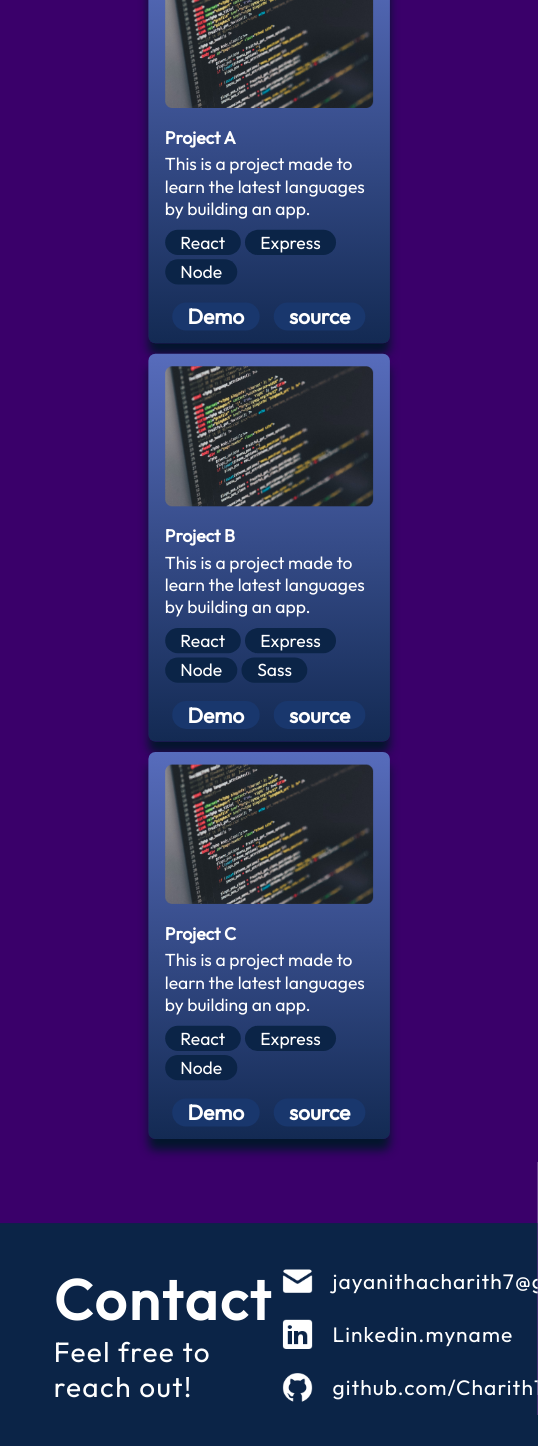
Repository: Charith117/personl-portfolio
Page: /
An editor plug-in stored every save of this project. The page is shown before and after the next save, followed by the edit.
The browser window is 768 px wide. The pictures show the part of the page from y = 3785 to 6025 px (the page is 5851 px tall before and 6025 px after), at 70% of full size.
The project was rebuilt for these pictures with package versions that can differ from the ones it lists, and the page was loaded fresh each time. Also part of the build but not shown: vite.config.js.

Above is the page before, as saved 2024-06-18 11:49:33.

After the next save:
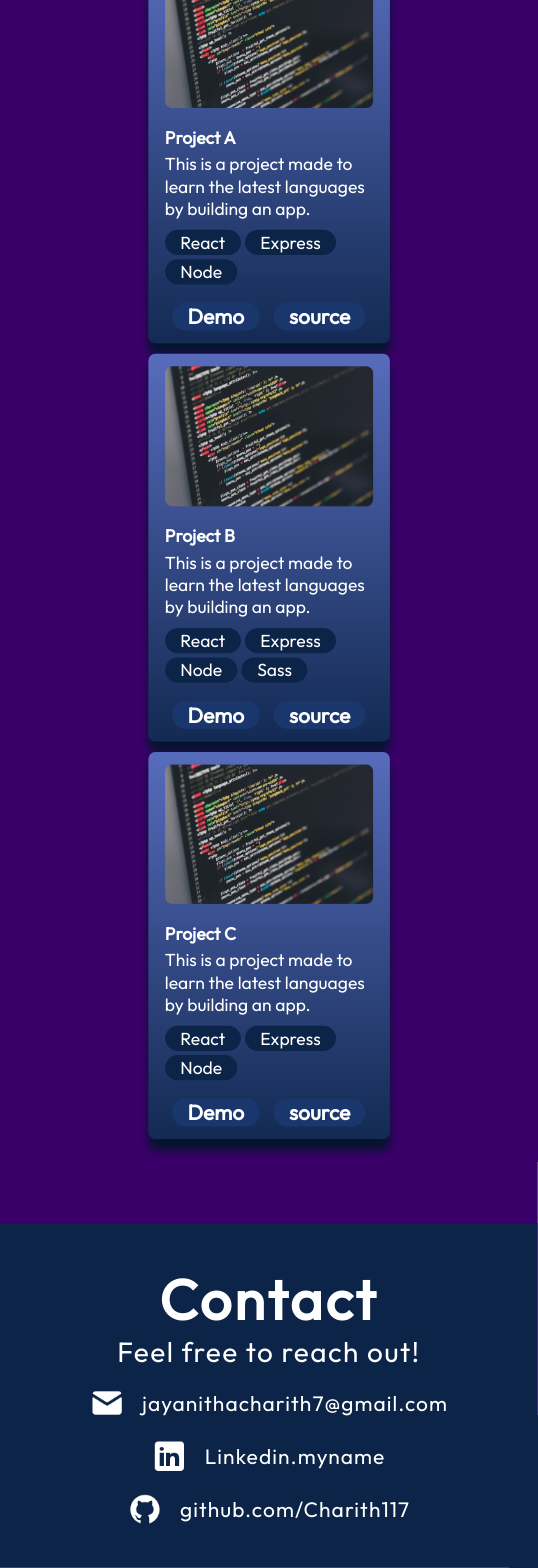
Saved 29 s later.
--- a/src/components/Contact/Contact.module.css
+++ b/src/components/Contact/Contact.module.css
@@ -48,7 +48,7 @@
     letter-spacing: 1.5px;
 }
 
-@media screen and(max-width:830px){
+@media screen and (max-width:830px){
     .container{
             flex-direction: column;
             gap: 23px;
